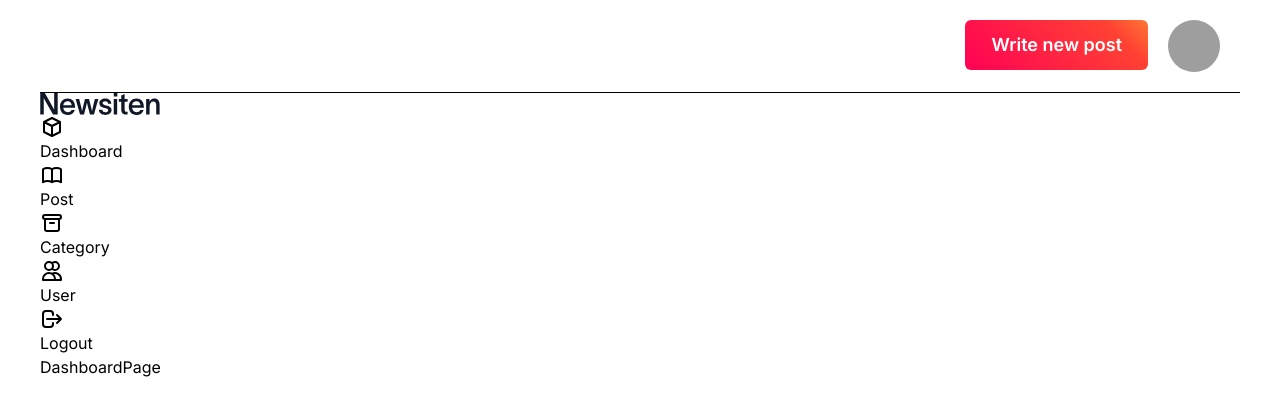
Repository: BrianPhamDev/Blog-App
Page: /dashboard
An editor plug-in stored every save of this project. The page is shown before and after the next save, followed by the edit.
The browser window is 1280 px wide. The pictures show the whole page.
Pictures or frames that could not be fetched are drawn as grey boxes. The project was rebuilt for these pictures with package versions that can differ from the ones it lists, and the page was loaded fresh each time. Also part of the build but not shown: src/pages/signUpPage/signUpPage.scss, src/components/label/label.scss, src/components/label/Label.js, src/components/input/input.scss, src/components/input/Input.js, src/components/input/InputPasswordToggle.js, src/components/input/index.js, src/pages/authenticationPage/authenticationPage.scss and 23 more. Imported but missing from the stored project, and not drawn on this page: src/components/icons.

Above is the page before, as saved 2023-08-02 20:35:58.

### public/index.html
<!DOCTYPE html>
<html lang="en">
  <head>
    <meta charset="utf-8" />

    <meta name="viewport" content="width=device-width, initial-scale=1" />

    <title>React App</title>
  </head>
  <body>
    <div id="root"></div>
  </body>
</html>

### src/index.js
import React from "react";
import "./styles/index.scss";
import App from "./App";
import reportWebVitals from "./reportWebVitals";
import { BrowserRouter } from "react-router-dom";
import { createRoot } from "react-dom/client";
import { ToastContainer } from "react-toastify";
import "react-toastify/dist/ReactToastify.css";

const container = document.getElementById("root");
const root = createRoot(container);

root.render(
  <React.StrictMode>
    <BrowserRouter>
      <App />
      <ToastContainer></ToastContainer>
    </BrowserRouter>
  </React.StrictMode>
);

reportWebVitals();

### src/styles/index.scss
@tailwind base;
@tailwind components;
@tailwind utilities;

@import "reset";
@import url("https://fonts.googleapis.com/css2?family=Inter:wght@100;200;300;400;500;600;700;800;900&display=swap");

@layer base {
  :root {
    --primary: #ff0055;
    --primary-active: #e5004c;
    --primary-grad2: #ff4133;
    --grad2-active: #e53a2e;
    --primary-grad3: #ff7633;
    --grad3-active: #e56a2e;
    --primary-d: #ff1a66;
    --primary-grad2-d: #ff5448;
    --primary-grad3-d: #ff8448;
    --danger: #f00;
    --danger-active: #e50000;
    --border-inactive: #ccc;
    --background-active: #000000;
    --background-inactive: #e7ecf3d6;
    --inactive: rgb(54, 54, 54);
    --text-meta: #91a8b0;
    --gray-300: rgb(237, 243, 245);
  }

  html {
    font-family: "Inter", system-ui, sans-serif;
  }
}

@layer utilities {
  .container {
    width: 100%;
    max-width: 1600px;
    margin: 0 auto;
    padding: 0 40px;
  }

  .background-gradient {
    background-image: linear-gradient(
      45deg,
      var(--primary) 0%,
      var(--primary-grad2) 80%,
      var(--primary-grad3) 100%
    );
  }

  .text-gradient {
    background-image: linear-gradient(
      45deg,
      var(--primary) 0%,
      var(--primary-grad2) 80%,
      var(--primary-grad3) 100%
    );
    background-clip: text;
    color: transparent;
  }

  .heading-1 {
    color: #000000;
    font-size: 38px;
    font-weight: 900;
    line-height: 47px;
  }

  .heading-2 {
    font-size: 30px;
    font-weight: 800;
    line-height: 38px;
  }

  .heading-3 {
    font-weight: 600;
    line-height: 28.8px;
    font-size: 16px;
  }

  .heading-4 {
    font-style: 14px;
    line-height: 20px;
    font-weight: 500;
  }

  .bodycopy {
    font-size: 16px;
    line-height: 27.2px;
    font-weight: 400;
  }

  .meta {
    font-style: 12px;
    font-weight: 400;
    line-height: 17px;
  }

  .button-text {
    @apply underline;
    font-size: 14px;
    color: var(--inactive);
    font-weight: 400;
  }

  .input-icon {
    position: absolute;
    right: 20px;
    top: 50%;
    transform: translateY(-50%);
    cursor: pointer;
  }

  .smooth-transition {
    @apply transition-all ease-in-out duration-200;
  }
}

### src/App.js
import { Routes, Route } from "react-router-dom";
import { AuthProvider } from "./contexts/auth-context";
import SignUpPage from "./pages/signUpPage/SignUpPage";
import SignInPage from "./pages/signInPage/SignInPage";
import HomePage from "./pages/homePage/HomePage";
import NotFoundPage from "./pages/notFoundPage/NotFoundPage";
import PostDetailsPage from "./module/Post/PostDetails/PostDetailsPage";
import DashboardPage from "./pages/dashboardPage.js/DashboardPage";
import DashboardLayout from "./module/dashboard/DashboardLayout";

function App() {
  return (
    <div>
      <AuthProvider>
        <Routes>
          <Route path="/" element={<HomePage />}></Route>
          <Route path="/sign-up" element={<SignUpPage />}></Route>
          <Route path="/sign-in" element={<SignInPage />}></Route>

          <Route path="*" element={<NotFoundPage />}></Route>
          <Route path="/:slug" element={<PostDetailsPage />}></Route>
          <Route element={<DashboardLayout />}>
            <Route path="/dashboard" element={<DashboardPage />}></Route>
          </Route>
        </Routes>
      </AuthProvider>
    </div>
  );
}

export default App;

### src/styles/_reset.scss
*,
*::before,
*::after {
  box-sizing: border-box;
}
* {
  margin: 0;
  padding: 0;
}

html,
body {
  height: 100%;
}
body {
  line-height: 1.5;
  -webkit-font-smoothing: antialiased;
  -webkit-tap-highlight-color: rgba(0, 0, 0, 0);
}

img,
picture,
video,
canvas,
svg {
  display: block;
  max-width: 100%;
}
input,
button,
textarea,
select {
  font: inherit;
  outline: none;
  border: none;
}
p,
h1,
h2,
h3,
h4,
h5,
h6 {
  overflow-wrap: break-word;
}

### src/contexts/auth-context.js
import { onAuthStateChanged } from "firebase/auth";
import { useEffect, useState } from "react";
import { auth } from "../firebase/firebase-config";

const { createContext, useContext } = require("react");

const AuthContext = createContext();

function AuthProvider(props) {
  const [userInfo, setUserInfo] = useState("");
  const value = { userInfo, setUserInfo };
  useEffect(() => {
    onAuthStateChanged(auth, (user) => {
      setUserInfo(user);
    });
  }, []);
  return <AuthContext.Provider value={value} {...props}></AuthContext.Provider>;
}

function useAuth() {
  const context = useContext(AuthContext);
  if (typeof context === "undefined")
    throw new Error("useAuth must be used within AuthProvider");
  return context;
}

export { AuthProvider, useAuth };

### src/module/dashboard/DashboardLayout.js
import React from "react";
import DashboardHeader from "./DashboardHeader";
import Sidebar from "./Sidebar";
import { Outlet } from "react-router-dom";
const DashboardLayout = ({ children }) => {
  return (
    <div className="container">
      <DashboardHeader></DashboardHeader>
      <div className="dashboard-main">
        <Sidebar>Sidebar</Sidebar>
        <div className="dashboard-children">
          <Outlet></Outlet>
        </div>
      </div>
    </div>
  );
};

export default DashboardLayout;

### src/firebase/firebase-config.js
// Import the functions you need from the SDKs you need
import { initializeApp } from "firebase/app";
import { getFirestore } from "firebase/firestore";
import { getAuth } from "firebase/auth";
// TODO: Add SDKs for Firebase products that you want to use
// https://firebase.google.com/docs/web/setup#available-libraries

// Your web app's Firebase configuration
const firebaseConfig = {
  apiKey: "AIzaSyBvYgsZz9zgVLPl1CRt32h11zSY1hwyQnQ",
  authDomain: "blogging-dc5e9.firebaseapp.com",
  projectId: "blogging-dc5e9",
  storageBucket: "blogging-dc5e9.appspot.com",
  messagingSenderId: "470546749308",
  appId: "1:470546749308:web:b657e2250e78464d5c36f9",
};

// Initialize Firebase
const app = initializeApp(firebaseConfig);

// Initialize Cloud Firestore and get a reference to the service
export const db = getFirestore(app);

// Initialize Firebase Authentication and get a reference to the service
export const auth = getAuth(app);

### src/module/dashboard/DashboardHeader.js
import { Button } from "../../components/button";
import React from "react";

const DashboardHeader = () => {
  return (
    <div className="dashboard-header-wrapper bg-white p-5 border-b border-b-black flex gap-5 justify-end">
      <Button to="/dashboard" className="dashboard-header-button">
        Write new post
      </Button>
      <div className="dashboard-header-avatar h-[52px] w-[52px]">
        <img
          src="https://images.unsplash.com/photo-1568602471122-7832951cc4c5?ixlib=rb-1.2.1&ixid=MnwxMjA3fDB8MHxwaG90by1wYWdlfHx8fGVufDB8fHx8&auto=format&fit=crop&w=3270&q=80"
          alt="guys-smilling"
          className="w-full h-full object-cover rounded-full"
        />
      </div>
    </div>
  );
};

export default DashboardHeader;

### src/module/dashboard/Sidebar.js
import React from "react";
import { NavLink } from "react-router-dom";

const sidebarLinks = [
  {
    title: "Dashboard",
    url: "/dashboard",
    icon: (
      <svg
        xmlns="http://www.w3.org/2000/svg"
        class="h-6 w-6"
        fill="none"
        viewBox="0 0 24 24"
        stroke="currentColor"
        strokeWidth="2"
      >
        <path
          strokeLinecap="round"
          strokeLinejoin="round"
          d="M20 7l-8-4-8 4m16 0l-8 4m8-4v10l-8 4m0-10L4 7m8 4v10M4 7v10l8 4"
        />
      </svg>
    ),
  },
  {
    title: "Post",
    url: "/manage/post",
    icon: (
      <svg
        xmlns="http://www.w3.org/2000/svg"
        class="h-6 w-6"
        fill="none"
        viewBox="0 0 24 24"
        stroke="currentColor"
        strokeWidth="2"
      >
        <path
          strokeLinecap="round"
          strokeLinejoin="round"
          d="M12 6.253v13m0-13C10.832 5.477 9.246 5 7.5 5S4.168 5.477 3 6.253v13C4.168 18.477 5.754 18 7.5 18s3.332.477 4.5 1.253m0-13C13.168 5.477 14.754 5 16.5 5c1.747 0 3.332.477 4.5 1.253v13C19.832 18.477 18.247 18 16.5 18c-1.746 0-3.332.477-4.5 1.253"
        />
      </svg>
    ),
  },
  {
    title: "Category",
    url: "/manage/category",
    icon: (
      <svg
        xmlns="http://www.w3.org/2000/svg"
        class="h-6 w-6"
        fill="none"
        viewBox="0 0 24 24"
        stroke="currentColor"
        strokeWidth="2"
      >
        <path
          strokeLinecap="round"
          strokeLinejoin="round"
          d="M5 8h14M5 8a2 2 0 110-4h14a2 2 0 110 4M5 8v10a2 2 0 002 2h10a2 2 0 002-2V8m-9 4h4"
        />
      </svg>
    ),
  },
  {
    title: "User",
    url: "/manage/user",
    icon: (
      <svg
        xmlns="http://www.w3.org/2000/svg"
        class="h-6 w-6"
        fill="none"
        viewBox="0 0 24 24"
        stroke="currentColor"
        strokeWidth="2"
      >
        <path
          strokeLinecap="round"
          strokeLinejoin="round"
          d="M12 4.354a4 4 0 110 5.292M15 21H3v-1a6 6 0 0112 0v1zm0 0h6v-1a6 6 0 00-9-5.197M13 7a4 4 0 11-8 0 4 4 0 018 0z"
        />
      </svg>
    ),
  },
  {
    title: "Logout",
    url: "/",
    icon: (
      <svg
        xmlns="http://www.w3.org/2000/svg"
        class="h-6 w-6"
        fill="none"
        viewBox="0 0 24 24"
        stroke="currentColor"
        strokeWidth="2"
      >
        <path
          strokeLinecap="round"
          strokeLinejoin="round"
          d="M17 16l4-4m0 0l-4-4m4 4H7m6 4v1a3 3 0 01-3 3H6a3 3 0 01-3-3V7a3 3 0 013-3h4a3 3 0 013 3v1"
        />
      </svg>
    ),
    onClick: () => {},
  },
];

const Sidebar = ({ children }) => {
  return (
    <div className="sidebar-wrapper w-[300px] bg-white shadow-black">
      <div className="sidebar-logo">
        <img src="./Logo.svg" alt="Newsiten" className="w-[120px]" />
      </div>
      {sidebarLinks.map((item) => (
        <NavLink key={item.url} to={item.url} className="sidebar-menu">
          <div className="menu-icon">{item.icon}</div>
          <div className="menu-title0.">{item.title}</div>
        </NavLink>
      ))}
    </div>
  );
};

export default Sidebar;

### src/components/button/Button.js
import React from "react";
import "./button.scss";
import Spinner from "../spinner/Spinner";
import PropTypes from "prop-types";
import { NavLink } from "react-router-dom";

/**
 * @param {*} onClick Handler onClick
 *@requires
 * @param {string} type Type of button 'button' | 'submit'
 * @returns
 */

const Button = ({
  type = "button",
  onClick = () => {},
  className,
  children,
  isLoading,
  to,
  ...props
}) => {
  const child = !!isLoading ? <Spinner></Spinner> : children;
  if (to !== "" && typeof to === "string")
    return (
      <NavLink to={to} {...props}>
        <button className="w-fit px-[26px] whitespace-nowrap text-white rounded-md font-semibold cursor-pointer text-lg h-[50px] flex items-center justify-center background-gradient">
          {children}
        </button>
      </NavLink>
    );

  return (
    <button type={type} className={`button ${className}`} {...props}>
      {child}
    </button>
  );
};

Button.propTypes = {
  type: PropTypes.oneOf(["button", "submit"]).isRequired,
  isLoading: PropTypes.bool,
  onClick: PropTypes.func,
};

export default Button;

### tailwind.config.js
/** @type {import('tailwindcss').Config} */
module.exports = {
  content: ["./src/**/*.{js,jsx,ts,tsx}"],
  theme: {
    extend: {
      colors: {
        borderInactive: "var(--border-inactive)",
        inactive: "var(--inactive)",
        backgroundInactive: "var(--background-inactive)",
      },
      fontFamily: {},
    },
  },
  plugins: [],
};

Loaded but not shown: src/reportWebVitals.js (common file); src/pages/dashboardPage.js/DashboardPage.js (common file); src/components/button/index.js (common file); src/pages/signInPage/signInPage.scss (no stored copy; drawn as an empty file)

After the next save:
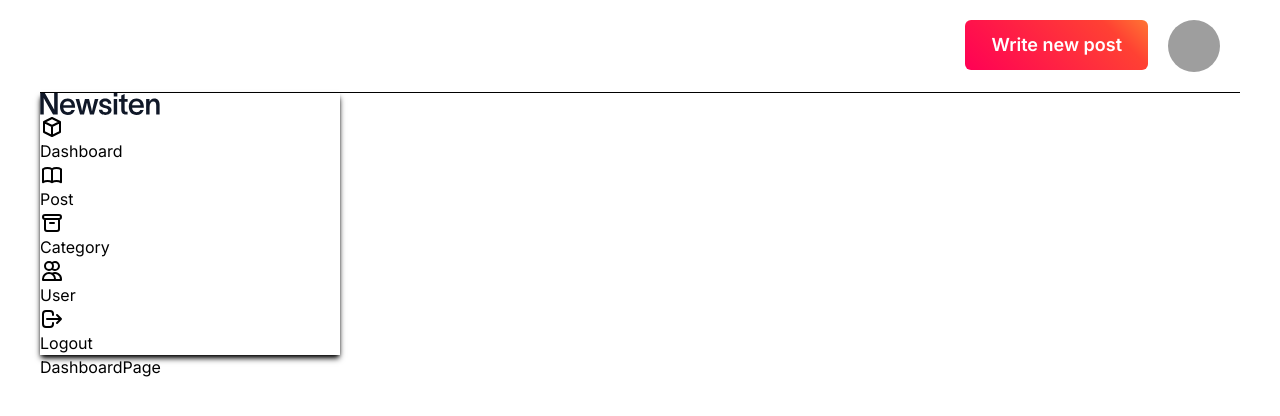
Saved 31 s later.
--- a/src/module/dashboard/Sidebar.js
+++ b/src/module/dashboard/Sidebar.js
@@ -107,7 +107,7 @@ const sidebarLinks = [
 
 const Sidebar = ({ children }) => {
   return (
-    <div className="sidebar-wrapper w-[300px] bg-white shadow-black">
+    <div className="sidebar-wrapper w-[300px] bg-white shadow-black shadow-md">
       <div className="sidebar-logo">
         <img src="./Logo.svg" alt="Newsiten" className="w-[120px]" />
       </div>
